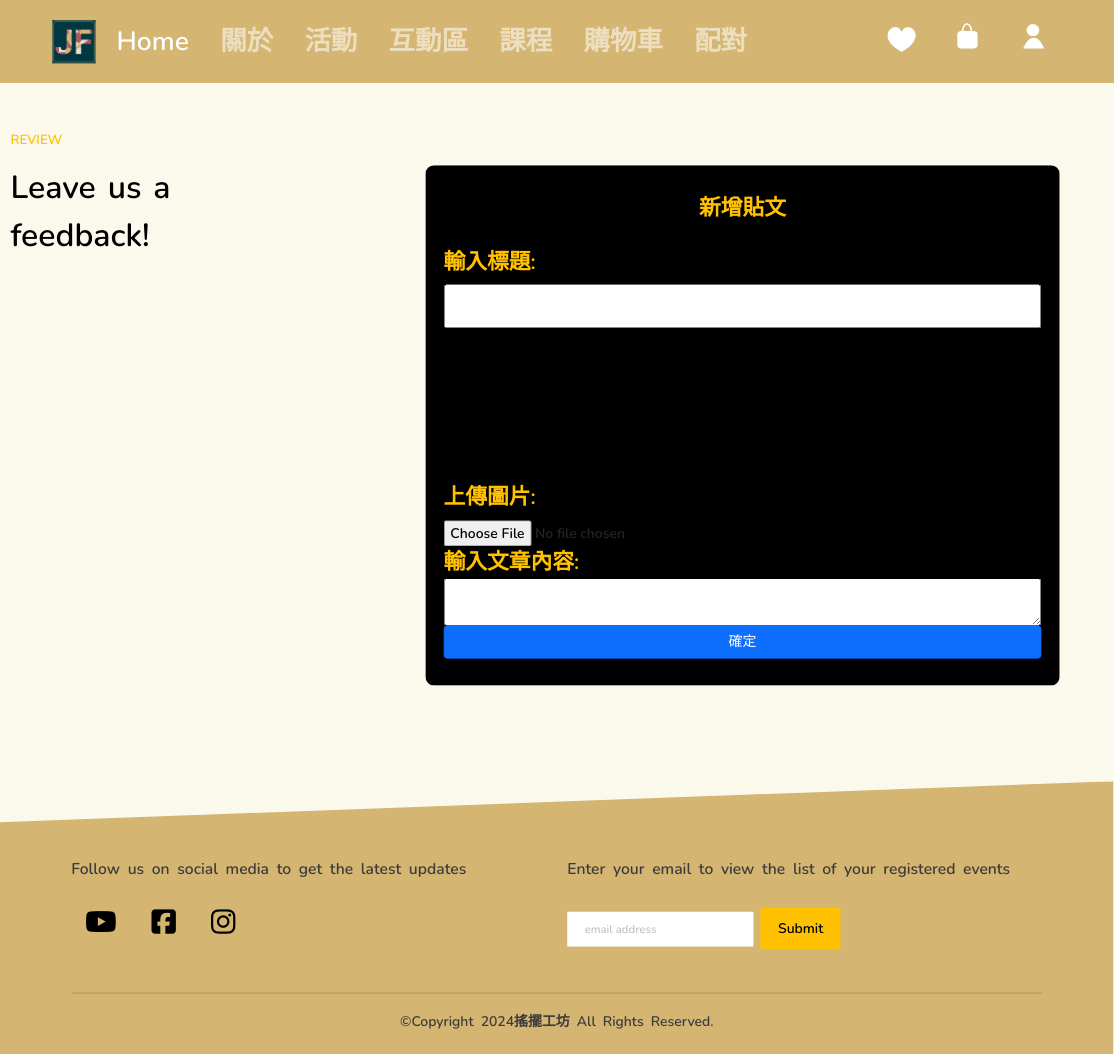
Repository: mmmooonnn0211/project
Page: workspace/demoSpringBoot-1/src/main/resources/static/html/LTInsertFront.html
These files come from the project's save history. The page is drawn as it stood at one moment and after the next save; the edit follows.
The browser window is 1280 px wide. The pictures show the whole page, at 87% of full size.
Some web libraries are served in a nearby version.

Above is the page before, as saved 2024-05-08 18:59:26.
Console error: SyntaxError: Unexpected identifier 'tsByName'

After the next save:
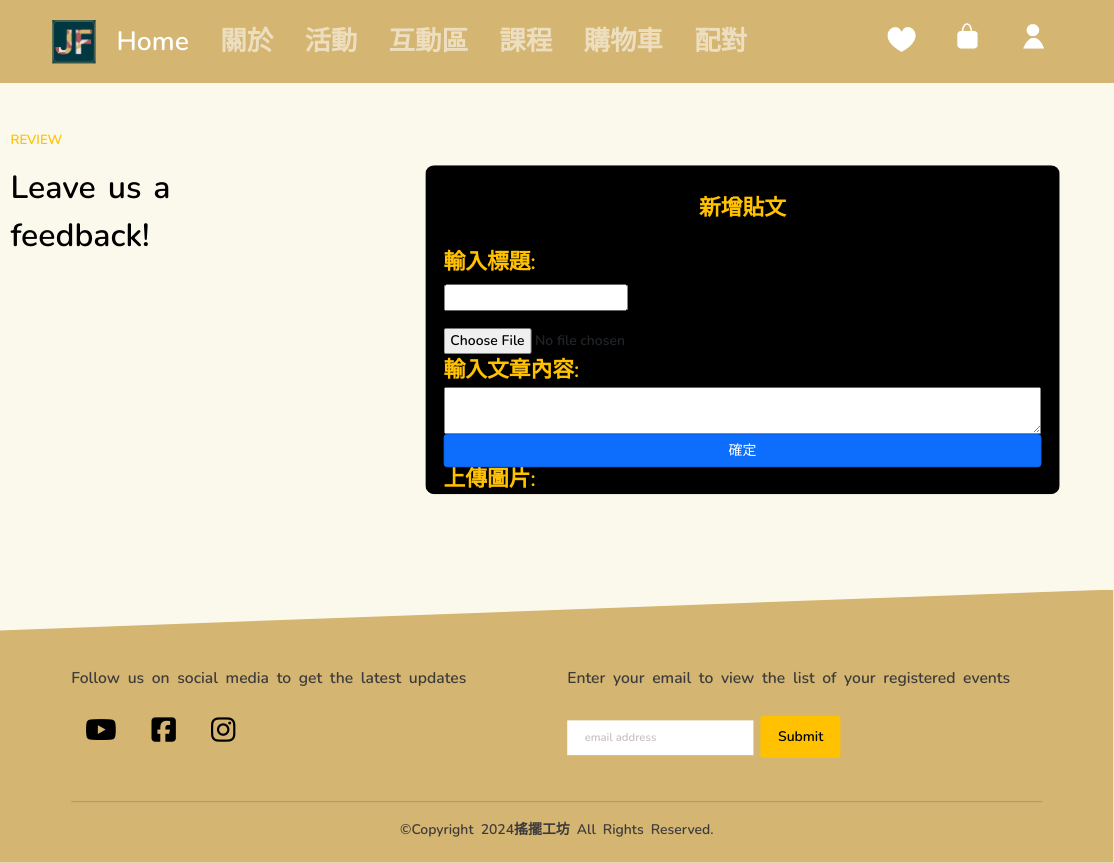
Saved 43 s later.
--- a/workspace/demoSpringBoot-1/src/main/resources/static/html/LTInsertFront.html
+++ b/workspace/demoSpringBoot-1/src/main/resources/static/html/LTInsertFront.html
@@ -58,8 +58,10 @@
 								<br>
 								<div id="text" class="neon-yellow" style=" font-size: 25px;">輸入標題:
 								</div>
-								<input id="title" name="title" style="height:50px;" />
-								<div id="text" class="neon-yellow" style="font-weight: bold; font-size: 25px;">上傳圖片:
+								<div style="height:50px;">
+									<input id="title" name="title" />
+									<div id="text" class="neon-yellow" style="font-weight: bold; font-size: 25px;">上傳圖片:
+									</div>
 								</div>
 								<input type="file" id="picture" name="picture" />
 
